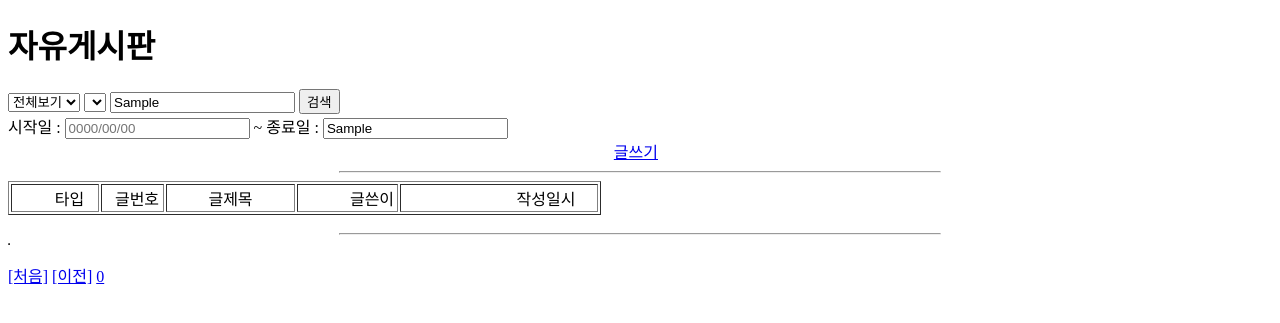
Repository: arcaorm00/seowoo_test
Page: http://localhost/mavenBoard/WEB-INF/view/freeBoard/freeBoardMain.jsp
The author's editor kept a copy of each file at every save. The page is drawn from the files as they stood at one save, then again after the next save.
The browser window is 1280 px wide. The pictures show the whole page.
Empty fields were first filled with sample values (such as "Sample", 5 or name@example.com).
After loading, the first visible `#searchBtn` was clicked once.
The page is served by Tomcat 9. Nobody is signed in. The template is opened directly, without the code that normally fills it, so the values that code supplies are empty.

Above is the page before, as saved 2021-01-04 06:47:02.

After the next save:
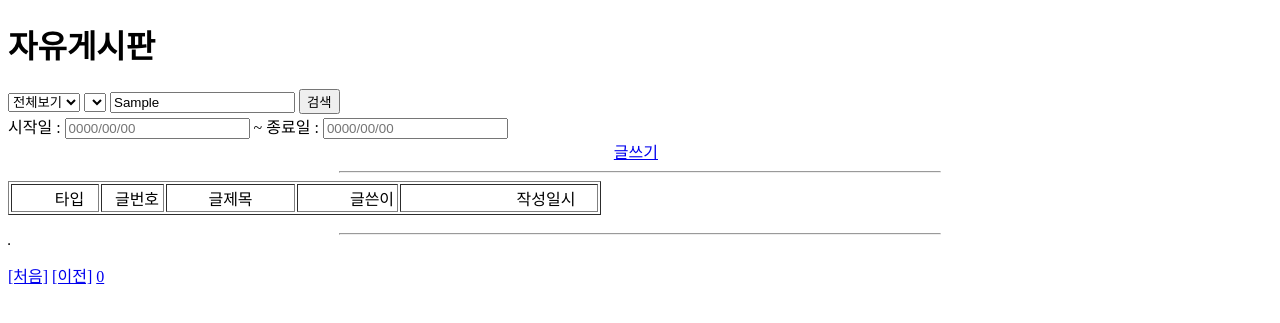
Saved 96 s later.
--- a/mavenBoard/WebContent/WEB-INF/view/freeBoard/freeBoardMain.jsp
+++ b/mavenBoard/WebContent/WEB-INF/view/freeBoard/freeBoardMain.jsp
@@ -32,7 +32,7 @@
 		if(!startDate.replaceAll("/", "").replace(regExIsNumeric, "") == "" || !endDate.replaceAll("/", "").replace(regExIsNumeric, "") == ""){
 			alert("날짜는 숫자로만 입력할 수 있습니다.");
 			$("#startDate").val("");
-			$("#Date").val("");
+			$("#endDate").val("");
 			return;
 		}
 		if(!regExIsDate.test(startDate)){
